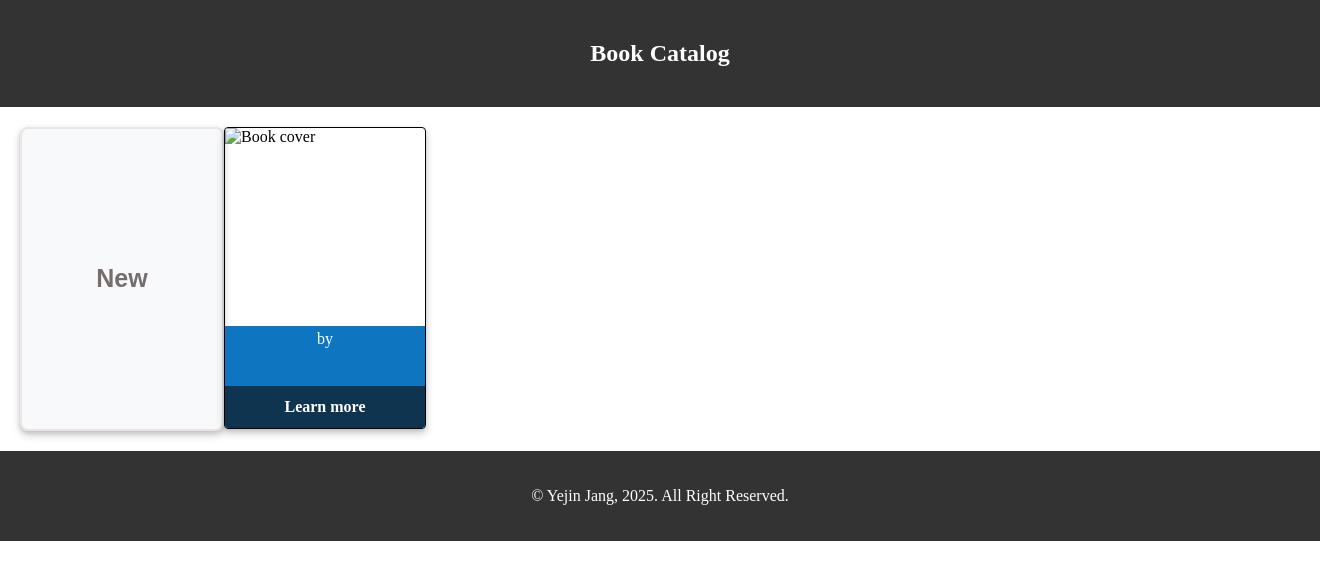
Repository: Yejin-Digital/Lab3-Assignment-BookCatalog
Page: /
An editor plug-in stored every save of this project. The page is shown before and after the next save, followed by the edit.
The browser window is 1280 px wide. The page is 1320 px wide, so the pictures cover 1320 px, including what lies to the right of the window. The pictures show the whole page.
The project was rebuilt for these pictures with package versions that can differ from the ones it lists, and the page was loaded fresh each time. Also part of the build but not shown: vite.config.js.

Above is the page before, as saved 2025-09-19 01:39:30.

### index.html
<!DOCTYPE html>
<html lang="en">
  <head>
    <meta charset="UTF-8" />
    <link rel="icon" type="image/svg+xml" href="/vite.svg" />
    <meta name="viewport" content="width=device-width, initial-scale=1.0" />
    <title>Book Catalog Assignment</title>
  </head>
  <body>
    <div id="root"></div>
    <script type="module" src="/src/main.jsx"></script>
  </body>
</html>

### src/index.css
html {
  font-family: 'Times New Roman', Times, serif;
}

body {
  margin: 0;
  min-height: 100vh;
  display: flex;
  flex-direction: column;
  align-items: center;
}

.app {
  display: flex;
  flex-direction: column;
  width: 100%;
  margin: 0 auto;
  min-height: 100%;
}

#root {
  width: 100%;
}

.content {
  display: flex;
  flex-direction: row;
  margin: 20px;
}

.header-content {
  background-color: #333;
  color: white;
  text-align: center;
  padding: 20px;
  width: 100%;
}

.footer-content {
  background-color: #333;
  color: white;
  text-align: center;
  padding: 20px;
  width: 100%;
}

### src/App.jsx
import Header from './components/Header';
import Footer from './components/Footer';
import NewBook from './components/NewBook';
import BookListCard from './components/BookListCard';

function App() {
  return (
    <div className="app">
      <section>
        <Header />
        <div className="content">
          <NewBook />
          <BookListCard />
        </div>
      </section>
      <Footer />
    </div>
  );
}

export default App;

### src/components/Header.jsx
function AppHeader() {
  return (
    <header className="header-content">
      <h1>Book Catalog</h1>
    </header>
  );
}

export default AppHeader;

### src/components/Footer.jsx
export default function Footer() {
  return (
    <footer class="footer-content">
      <p>&copy; Yejin Jang, 2025. All Right Reserved.</p>
    </footer>
  );
}

### src/components/NewBook.jsx
import './NewBook.css';

function NewBook() {
  return (
    <div className="newButton">
      <button>New</button>
    </div>
  );
}

export default NewBook;

### src/components/BookListCard.jsx
import './BookListCard.css';

function BookListCard(props) {
  return (
    <div className="bookCard">
      <div className="bookImage">
        <img src={props.image} alt="Book cover" />
      </div>
      <div className="bookInfo">
        <div className="bookAuthorContainer">
          <p className="bookAuthor">by</p>
          <p className="bookAuthor">{props.author}</p>
        </div>
        <a href={props.link}>Learn more</a>
      </div>
    </div>
  );
}

export default BookListCard;

### src/components/NewBook.css
.newButton {
  width: 200px;
  height: 300px;
  border: 2px solid #ebe5e5;
  border-radius: 8px;
  background-color: #f8f9fa;
  display: flex;
  align-items: center;
  justify-content: center;
  box-shadow: 0 4px 8px rgba(0, 0, 0, 0.2), 0 2px 4px rgba(0, 0, 0, 0.1);
  transition: all 0.3s ease;
  cursor: pointer;
}

.newButton:hover {
  background-color: #e9ecef;
}

button {
  background: none;
  border: none;
  color: #766d6d;
  font-size: 25px;
  font-weight: bold;
  cursor: pointer;
  padding: 0;
}

### src/components/BookListCard.css
.bookCard {
  flex-direction: column;
  border: solid 1px black;
  width: 200px;
  height: 300px;
  display: flex;
  justify-content: space-between;
  border-radius: 4px;
  box-shadow: 0 4px 8px rgba(0, 0, 0, 0.2), 0 2px 4px rgba(0, 0, 0, 0.1);
  overflow: hidden;
  position: relative;
}

.bookImage {
  padding: 0;
  overflow: hidden;
  flex-shrink: 0;
}
.bookCard img {
  width: 100%;
  height: auto;
  max-height: 200px;
  object-fit: cover;
  margin-bottom: 0;
  display: block;
}

.bookInfo {
  display: flex;
  flex-direction: column;
  margin-top: auto;
}

.bookAuthor {
  font-size: 16px;
  font-weight: 500;
  color: white;
  text-align: center;
  margin: 0;
}

a {
  width: 100%;
  font-size: 16px;
  font-weight: bold;
  color: white;
  background-color: rgb(15, 52, 79);
  text-align: center;
  margin: 0;
  padding: 12px 0;
  text-decoration: none;
  display: block;
}

a:hover {
  background-color: rgb(20, 65, 95);
}

.bookAuthorContainer {
  height: 56px;
  width: 100%;
  background-color: rgb(14, 118, 192);
  padding-top: 4px;
}

Loaded but not shown: src/main.jsx (common file)

After the next save:
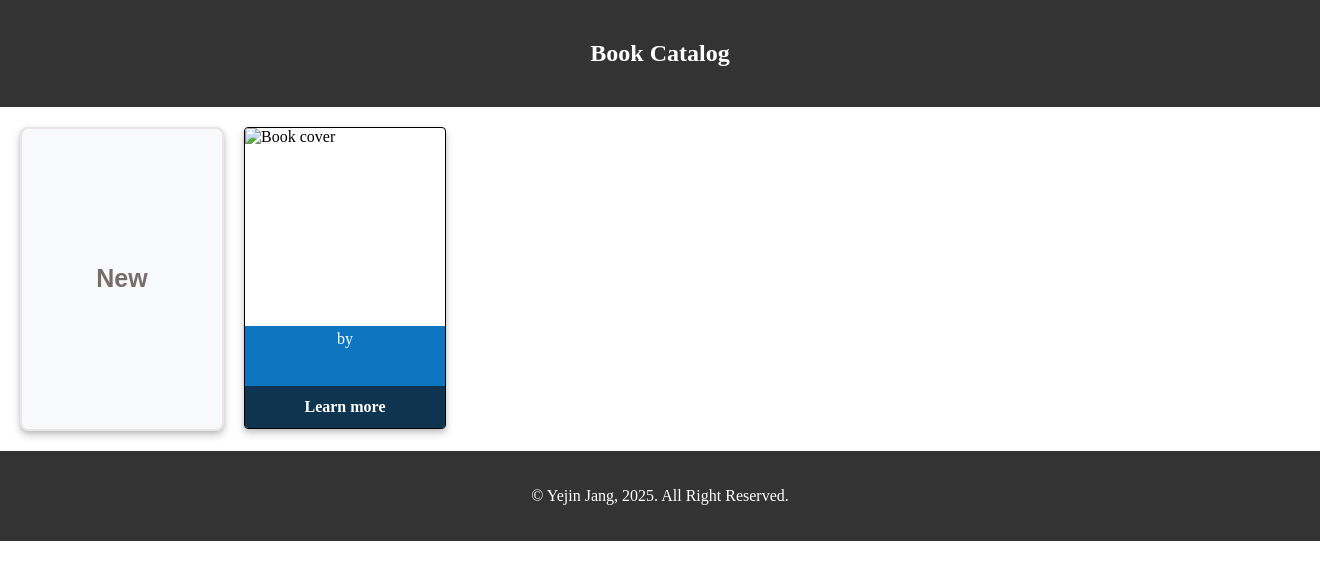
Saved 12 s later.
--- a/src/index.css
+++ b/src/index.css
@@ -26,6 +26,7 @@ body {
   display: flex;
   flex-direction: row;
   margin: 20px;
+  gap: 20px;
 }
 
 .header-content {
